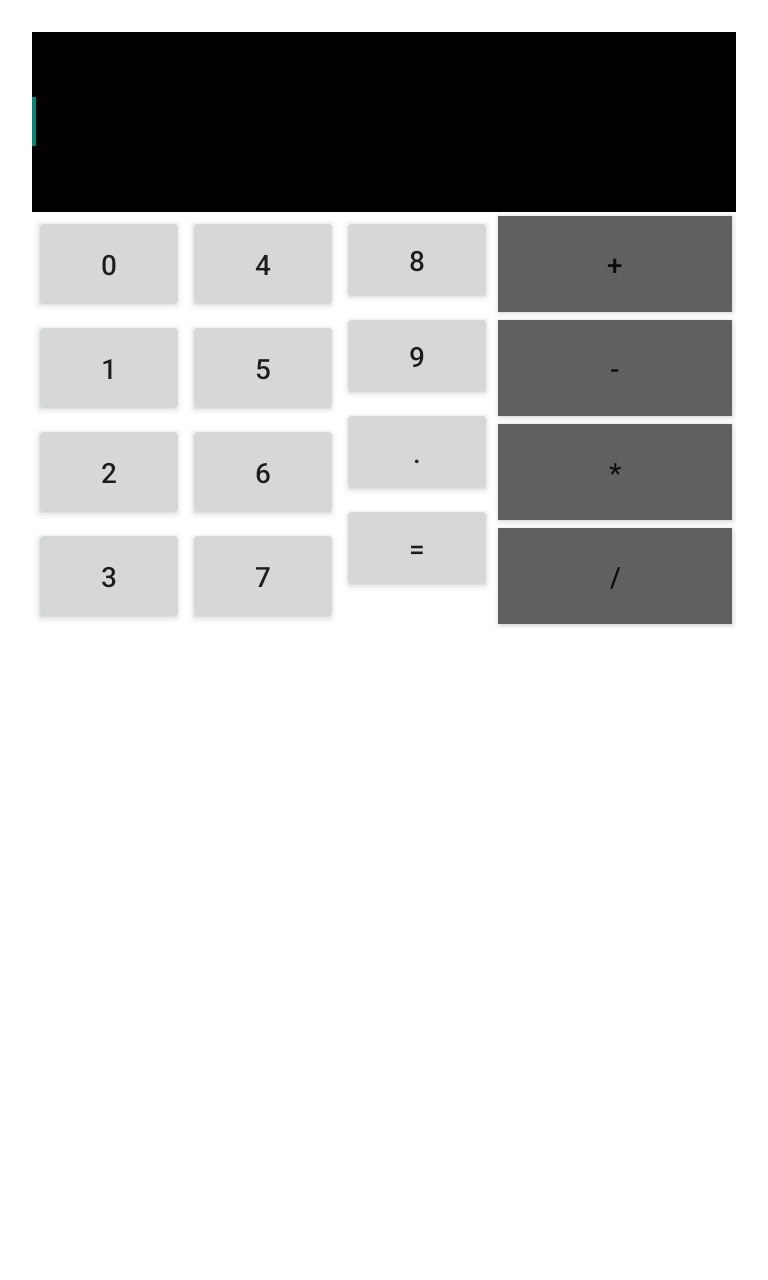
Repository: roopasree/new-pgm
Layout: Newapp/res/layout/ctivity3_main.xml
These files come from the project's save history. The layout is drawn as it stood at one moment and after the next save; the edit follows.
It is drawn on a 768 x 1280 px phone screen (xhdpi) without system bars, with theme AppTheme; the app's code is not run.

Above is the layout before, as saved 2015-02-16 05:53:13.

After the next save:
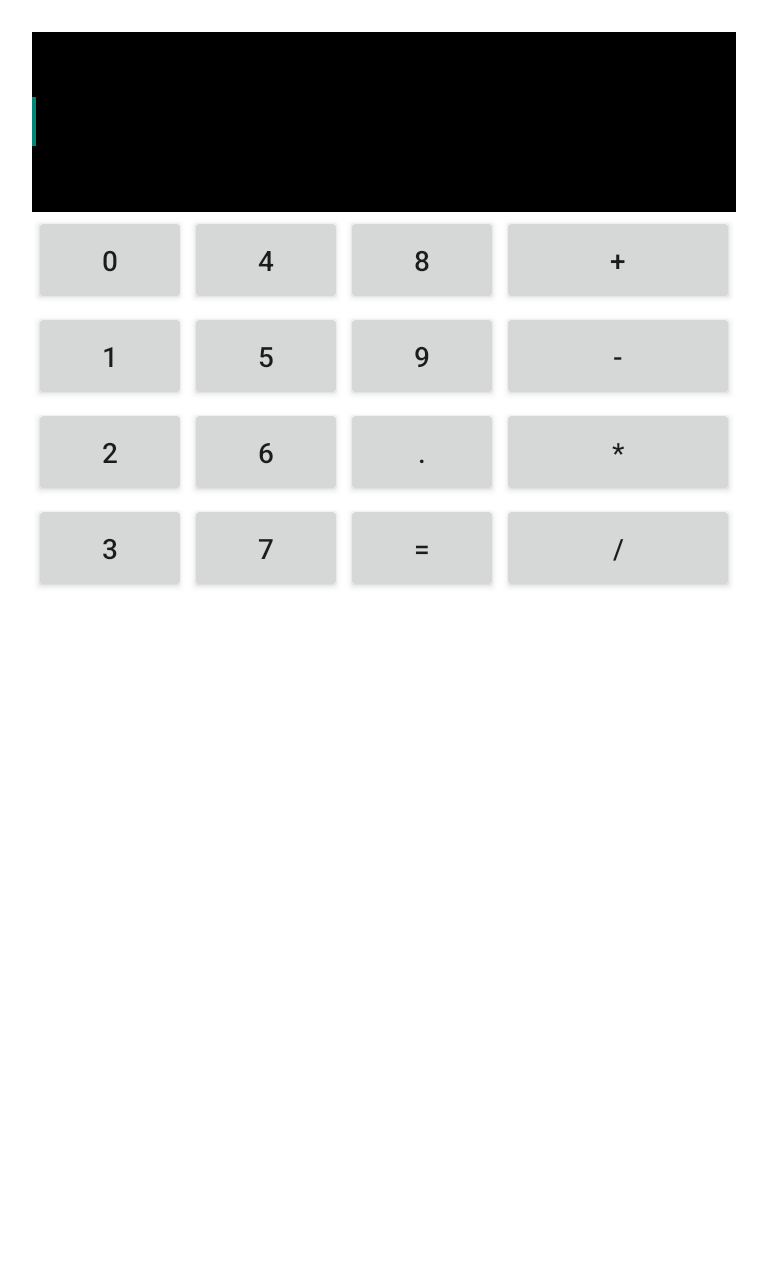
Saved 38 s later.
--- a/Newapp/res/layout/ctivity3_main.xml
+++ b/Newapp/res/layout/ctivity3_main.xml
@@ -21,6 +21,8 @@
 
     <LinearLayout
         android:layout_width="match_parent"
+
+
         android:layout_height="wrap_content"
         android:layout_alignLeft="@+id/editText1"
         android:layout_below="@+id/editText1"
@@ -69,9 +71,10 @@
         <LinearLayout
             android:layout_width="wrap_content"
             android:layout_height="match_parent"
+                        android:weightSum="4.0"
+
             android:layout_weight="1.0"
-            android:orientation="vertical"
-            android:weightSum="4.0" >
+            android:orientation="vertical" >
 
             <Button
                 android:id="@+id/button5"
@@ -107,11 +110,12 @@
         </LinearLayout>
 
         <LinearLayout
+                        android:weightSum="4.0"
+
             android:layout_width="wrap_content"
             android:layout_height="match_parent"
             android:layout_weight="1.0"
-            android:orientation="vertical"
-            android:weightSum="4.0" >
+            android:orientation="vertical" >
 
             <Button
                 android:id="@+id/button9"
@@ -140,6 +144,7 @@
                 android:layout_width="match_parent"
                 android:layout_height="wrap_content"
                 android:text="=" />
+
         </LinearLayout>
 
         <LinearLayout
@@ -152,34 +157,28 @@
                 android:id="@+id/button13"
                 android:layout_width="match_parent"
                 android:layout_height="wrap_content"
-                android:background="#606060"
-                android:layout_margin="2dp"
                 android:text="+" />
 
             <Button
-                android:id="@+id/button14"                android:layout_margin="2dp"
-
+                android:id="@+id/button14"
                 android:layout_width="match_parent"
                 android:layout_height="wrap_content"
-                android:background="#606060"
                 android:text="-" />
 
             <Button
-                android:id="@+id/button15"                android:layout_margin="2dp"
-
+                android:id="@+id/button15"
                 android:layout_width="match_parent"
                 android:layout_height="wrap_content"
-                android:background="#606060"
                 android:text="*" />
 
             <Button
-                android:id="@+id/button16"                android:layout_margin="2dp"
-
+                android:id="@+id/button16"
                 android:layout_width="match_parent"
                 android:layout_height="wrap_content"
-                android:background="#606060"
                 android:text="/" />
+
         </LinearLayout>
+
     </LinearLayout>
 
 </RelativeLayout>
